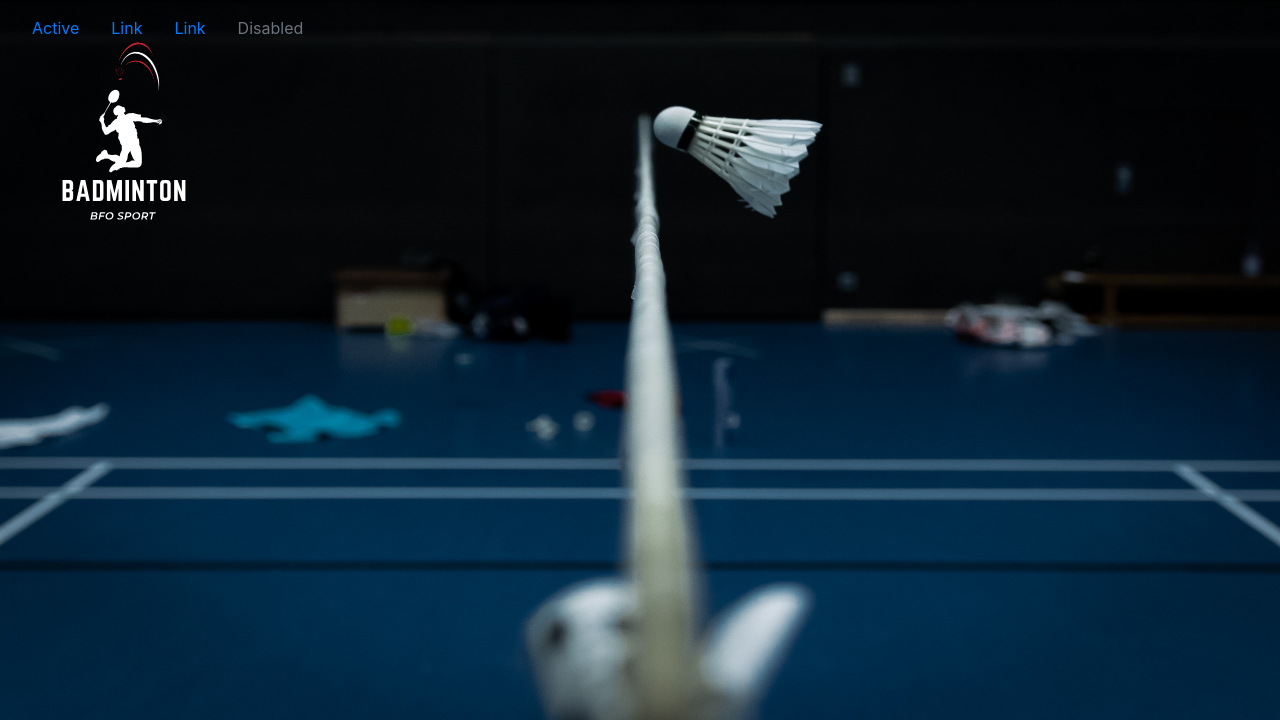
Repository: tsthuy/Badminton
Page: index.html
The author's editor kept a copy of each file at every save. The page is drawn from the files as they stood at one save, then again after the next save.
The browser window is 1280 px wide. The pictures show the whole page.
Some web libraries are served in a nearby version.

Above is the page before, as saved 2023-10-13 20:50:01.

After the next save:
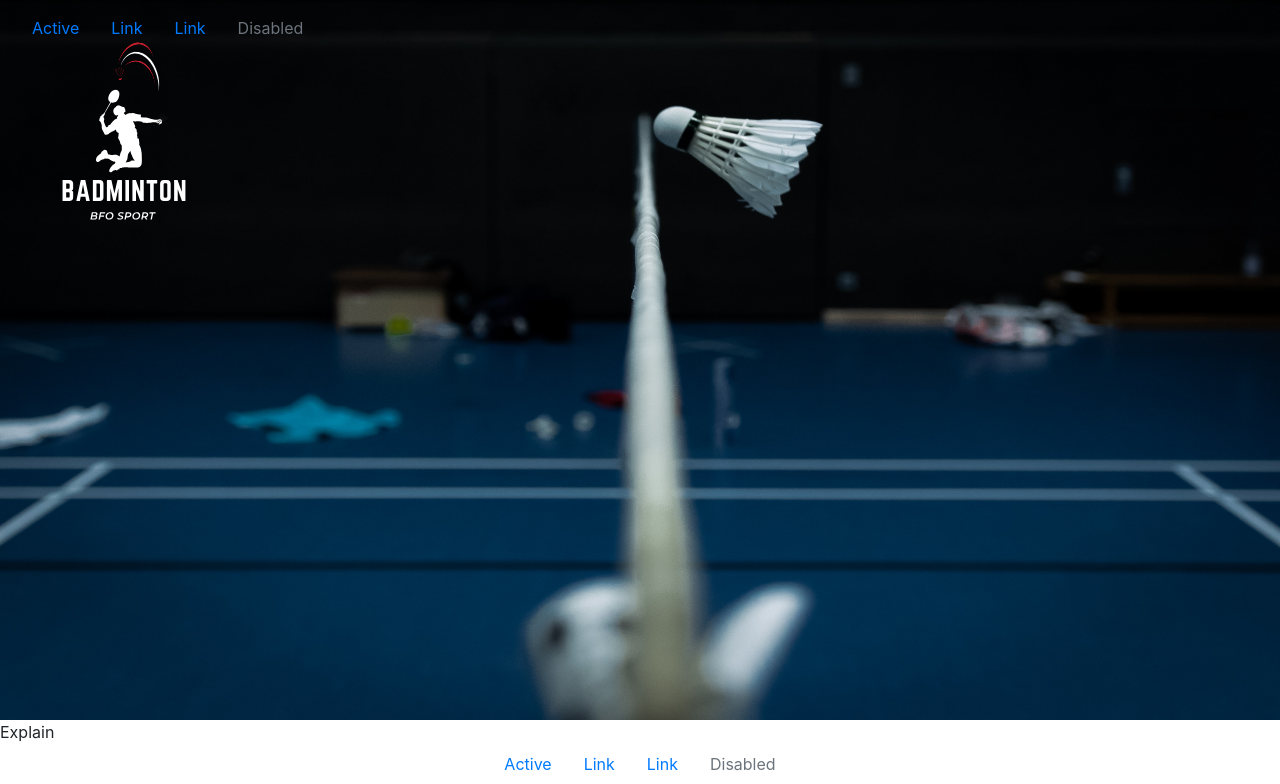
Saved 110 s later.
--- a/index.html
+++ b/index.html
@@ -70,7 +70,21 @@
    </div>
 
 </body>
-
+Explain
+<ul class="nav justify-content-center">
+  <li class="nav-item">
+    <a class="nav-link active" href="#">Active</a>
+  </li>
+  <li class="nav-item">
+    <a class="nav-link" href="#">Link</a>
+  </li>
+  <li class="nav-item">
+    <a class="nav-link" href="#">Link</a>
+  </li>
+  <li class="nav-item">
+    <a class="nav-link disabled" href="#">Disabled</a>
+  </li>
+</ul>
 <script src="https://code.jquery.com/jquery-3.2.1.slim.min.js" integrity="sha384-KJ3o2DKtIkvYIK3UENzmM7KCkRr/rE9/Qpg6aAZGJwFDMVNA/GpGFF93hXpG5KkN" crossorigin="anonymous"></script>
 <script src="https://cdn.jsdelivr.net/npm/popper.js@1.12.9/dist/umd/popper.min.js" integrity="sha384-ApNbgh9B+Y1QKtv3Rn7W3mgPxhU9K/ScQsAP7hUibX39j7fakFPskvXusvfa0b4Q" crossorigin="anonymous"></script>
 <script src="https://cdn.jsdelivr.net/npm/bootstrap@4.0.0/dist/js/bootstrap.min.js" integrity="sha384-JZR6Spejh4U02d8jOt6vLEHfe/JQGiRRSQQxSfFWpi1MquVdAyjUar5+76PVCmYl" crossorigin="anonymous"></script>

After the save that followed:
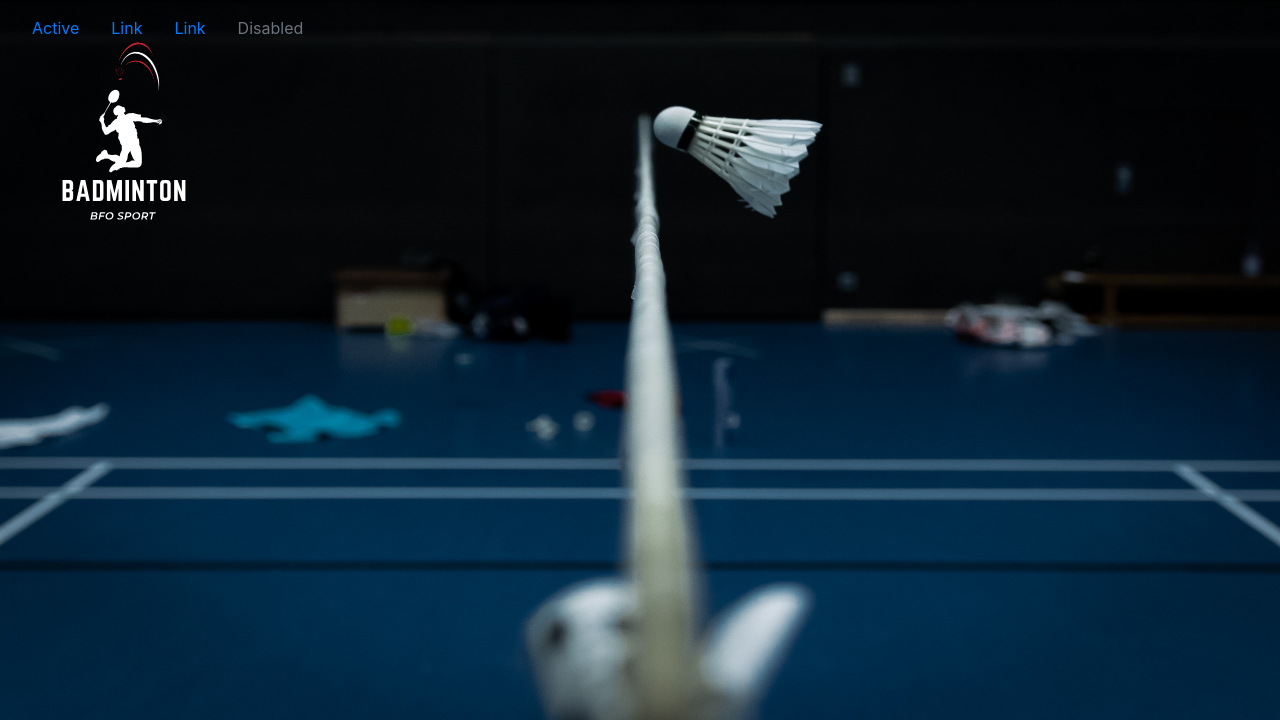
Saved 43 s later.
--- a/index.html
+++ b/index.html
@@ -20,7 +20,7 @@
     <span class="navbar-toggler-icon"></span>
   </button>
 
-  <div class="collapse navbar-collapse" id="navbarSupportedContent">
+  <!-- <div class="collapse navbar-collapse" id="navbarSupportedContent"> -->
     <!-- <ul class="navbar-nav mr-auto nav_center">
       <li class="nav-item active">
         <a style="color: aliceblue;" class="nav-link nav_title" href="#">Home <span class="sr-only">(current)</span></a>
@@ -62,7 +62,7 @@
       <input class="form-control mr-sm-2" type="search" placeholder="Search" aria-label="Search">
       <button class="btn btn-outline-success my-2 my-sm-0" type="submit">Search</button>
     </form> -->
-  </div>
+  <!-- </div> -->
 </nav>
    <div class="background_cover">
 
@@ -70,21 +70,7 @@
    </div>
 
 </body>
-Explain
-<ul class="nav justify-content-center">
-  <li class="nav-item">
-    <a class="nav-link active" href="#">Active</a>
-  </li>
-  <li class="nav-item">
-    <a class="nav-link" href="#">Link</a>
-  </li>
-  <li class="nav-item">
-    <a class="nav-link" href="#">Link</a>
-  </li>
-  <li class="nav-item">
-    <a class="nav-link disabled" href="#">Disabled</a>
-  </li>
-</ul>
+
 <script src="https://code.jquery.com/jquery-3.2.1.slim.min.js" integrity="sha384-KJ3o2DKtIkvYIK3UENzmM7KCkRr/rE9/Qpg6aAZGJwFDMVNA/GpGFF93hXpG5KkN" crossorigin="anonymous"></script>
 <script src="https://cdn.jsdelivr.net/npm/popper.js@1.12.9/dist/umd/popper.min.js" integrity="sha384-ApNbgh9B+Y1QKtv3Rn7W3mgPxhU9K/ScQsAP7hUibX39j7fakFPskvXusvfa0b4Q" crossorigin="anonymous"></script>
 <script src="https://cdn.jsdelivr.net/npm/bootstrap@4.0.0/dist/js/bootstrap.min.js" integrity="sha384-JZR6Spejh4U02d8jOt6vLEHfe/JQGiRRSQQxSfFWpi1MquVdAyjUar5+76PVCmYl" crossorigin="anonymous"></script>
